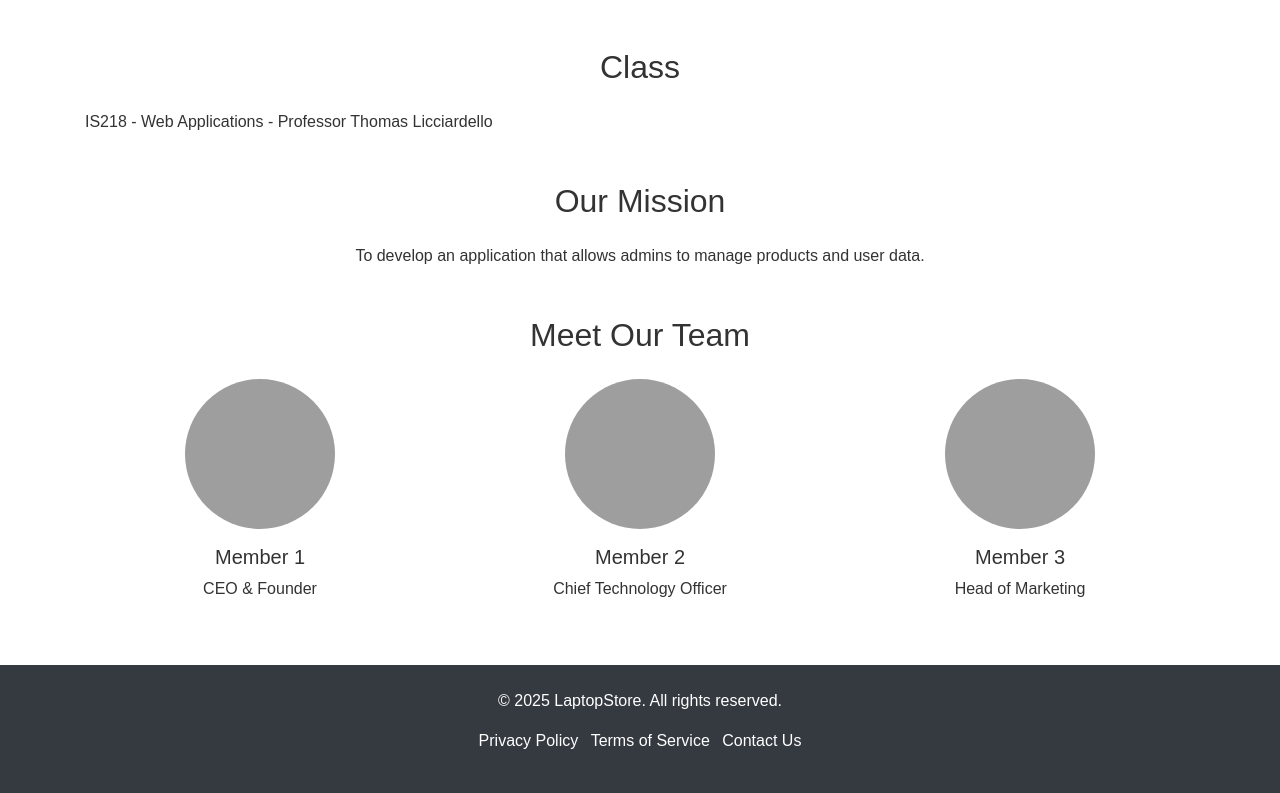
Repository: karim0829/IS218-Django-Laptop-Display
Page: http://localhost/about/
The author's editor kept a copy of each file at every save. The page is drawn from the files as they stood at one save, then again after the next save.
The browser window is 1280 px wide. The pictures show the part of the page from y = 433 to 1226 px (the page is 1226 px tall).
Pictures or frames that could not be fetched are drawn as grey boxes. Some web libraries are served in a nearby version. The page is served by the project's application, run on Django 5.2 (manage.py). Other server files are loaded and not shown.

Above is the page before, as saved 2025-05-11 17:23:56.

### homepage/templates/homepage/about.html
<!DOCTYPE html>
<html lang="en">
  <head>
    <meta charset="UTF-8" />
    <meta name="viewport" content="width=device-width, initial-scale=1" />
    <title>About Us - LaptopStore</title>
    <!-- Bootstrap CSS for layout and components -->
    <link
      rel="stylesheet"
      href="https://maxcdn.bootstrapcdn.com/bootstrap/4.0.0/css/bootstrap.min.css"
    />
    <!-- External CSS -->
    <link rel="stylesheet" href="style/style.css" />
  </head>
  <body>
    <!-- Navigation -->
    <nav class="navbar navbar-expand-lg navbar-light bg-light">
      <a class="navbar-brand" href="index.html">LaptopStore</a>
      <button
        class="navbar-toggler"
        type="button"
        data-toggle="collapse"
        data-target="#navbarNav"
        aria-controls="navbarNav"
        aria-expanded="false"
        aria-label="Toggle navigation"
      >
        <span class="navbar-toggler-icon"></span>
      </button>
      <div class="collapse navbar-collapse" id="navbarNav">
        <ul class="navbar-nav mr-auto">
          <li class="nav-item">
            <a class="nav-link" href="HighEndLaptop.html">High End Laptop</a>
          </li>
          <li class="nav-item">
            <a class="nav-link" href="StudioLaptops.html">Studio Laptop</a>
          </li>
          <li class="nav-item">
            <a class="nav-link" href="BudgetLaptops.html">Budget Laptop</a>
          </li>
        </ul>
        <form class="form-inline my-2 my-lg-0">
          <input
            class="form-control mr-sm-2"
            type="search"
            placeholder="Search laptops"
            aria-label="Search"
          />
          <button class="btn btn-outline-success my-2 my-sm-0" type="submit">
            Search
          </button>
        </form>
        <ul class="navbar-nav ml-3">
          <li class="nav-item"><a class="nav-link" href="#">Account</a></li>
          <li class="nav-item">
            <a class="nav-link" href="support.html">Support</a>
          </li>
        </ul>
      </div>
    </nav>

    <!-- About Us Hero Section -->
    <section class="about-hero text-center">
      <div class="about-hero-overlay">
        <div class="container">
          <h1 class="display-4 text-white">About Us</h1>
          <p class="lead text-white">Your Trusted Laptop Solutions Provider</p>
        </div>
      </div>
    </section>

    <!-- Our Story Section -->
    <section class="container my-5">
      <h2 class="text-center mb-4">Class</h2>
      <p>
       IS218 - Web Applications - Professor Thomas Licciardello
      </p>
    </section>

    <!-- Our Mission Section -->
    <section class="container my-5">
      <h2 class="text-center mb-4">Our Mission</h2>
      <p style="text-align: center">
        To develop an application that allows admins to manage products and user data.
      </p>
    </section>

    <!-- Meet the Team Section -->
    <section class="team container my-5">
      <h2 class="text-center mb-4">Meet Our Team</h2>
      <div class="row">
        <!-- Team Member 1 -->
        <div class="col-md-4 text-center">
          <img
            src="team1.jpg"
            alt="Team Member 1"
            class="rounded-circle mb-3 team-photo"
          />
          <h5>Member 1</h5>
          <p>CEO & Founder</p>
        </div>
        <!-- Team Member 2 -->
        <div class="col-md-4 text-center">
          <img
            src="team2.jpg"
            alt="Team Member 2"
            class="rounded-circle mb-3 team-photo"
          />
          <h5>Member 2</h5>
          <p>Chief Technology Officer</p>
        </div>
        <!-- Team Member 3 -->
        <div class="col-md-4 text-center">
          <img
            src="team3.jpg"
            alt="Team Member 3"
            class="rounded-circle mb-3 team-photo"
          />
          <h5>Member 3</h5>
          <p>Head of Marketing</p>
        </div>
      </div>
    </section>

    <!-- Footer -->
    <footer class="bg-dark text-white py-4">
      <div class="container text-center">
        <p>&copy; 2025 LaptopStore. All rights reserved.</p>
        <ul class="list-inline">
          <li class="list-inline-item">
            <a href="#" class="text-white">Privacy Policy</a>
          </li>
          <li class="list-inline-item">
            <a href="#" class="text-white">Terms of Service</a>
          </li>
          <li class="list-inline-item">
            <a href="#" class="text-white">Contact Us</a>
          </li>
        </ul>
      </div>
    </footer>

    <!-- Bootstrap JS, Popper.js, and jQuery -->
    <script src="https://code.jquery.com/jquery-3.2.1.slim.min.js"></script>
    <script src="https://cdnjs.cloudflare.com/ajax/libs/popper.js/1.12.9/umd/popper.min.js"></script>
    <script src="https://maxcdn.bootstrapcdn.com/bootstrap/4.0.0/js/bootstrap.min.js"></script>
  </body>
</html>

### homepage/views.py
from datetime import datetime
from django.shortcuts import redirect, render
from django.http import HttpResponse
from django.template import loader
from .models import Product
from .models import Feedback

from django.contrib.auth.decorators import user_passes_test

from homepage.forms import FeedbackForm

from django.shortcuts import render


# Create your views here.

def index(request):
    return render(request, "homepage/index.html")

def about(request):
    return render(request, "homepage/about.html")

def contact(request):
    return render(request, "homepage/contact.html")

def highend(request):
    products = Product.objects.filter(model='highend')
    return render(request, "homepage/highend.html", {'products': products})

def studio(request):
    products = Product.objects.filter(model='studio')
    return render(request, "homepage/studio.html", {'products': products})

def budget(request):
    products = Product.objects.filter(model='budget')
    return render(request, "homepage/budget.html", {'products': products})


def support(request):
    form = FeedbackForm()
    return render(request, "homepage/support.html", {"form": form})

#admin page views

def admin(user):
    return user.is_authenticated and user.is_superuser

@user_passes_test(lambda u: u.is_superuser, login_url='forbidden')
def feedbackview(request):
    feedbacks = Feedback.objects.all().order_by('-timestamp')
    return render(request, 'homepage/restricted.html', {'feedbacks': feedbacks})

def forbidden(request):
    return render(request, 'homepage/forbidden.html')
#contact
def review_form(request):
    form = FeedbackForm(request.POST or request.FILES or None)

    if request.method == "POST":
        if form.is_valid():
            message = form.save(commit=False)
            message.log_date = datetime.now()
            message.save()
            return redirect("support")

        else:
            return render(request, "homepage/support.html", {"form":form})

    return render(request, "homepage/support.html", {"form":form})

def feedback_view(request):
    if request.method == 'POST':
        form = FeedbackForm(request.POST)
        if form.is_valid():
            form.save()
            return redirect('thank_you')  # after submitting feedback
    else:
        form = FeedbackForm()
    return render(request, 'homepage/feedback.html', {'form': form})




def product_list(request):
    products = Product.objects.all()
    return render(request, 'homepage/index.html', {'products': products})

### laptops/urls.py
"""
URL configuration for laptops project.

The `urlpatterns` list routes URLs to views. For more information please see:
    https://docs.djangoproject.com/en/5.2/topics/http/urls/
Examples:
Function views
    1. Add an import:  from my_app import views
    2. Add a URL to urlpatterns:  path('', views.home, name='home')
Class-based views
    1. Add an import:  from other_app.views import Home
    2. Add a URL to urlpatterns:  path('', Home.as_view(), name='home')
Including another URLconf
    1. Import the include() function: from django.urls import include, path
    2. Add a URL to urlpatterns:  path('blog/', include('blog.urls'))
"""
from django.contrib import admin
from django.urls import path
from django.urls import include



urlpatterns = [
    path('admin/', admin.site.urls),
    path('', include('homepage.urls'))
]

### homepage/urls.py
from django.urls import path
from . import views
from django.conf import settings
from django.conf.urls.static import static
from .views import feedbackview


urlpatterns = [
    path("index/", views.index, name="index"),
    path("about/", views.about, name="about"),
    path("contact/", views.contact, name="contact"),
    path("support/", views.review_form, name="support"),
    path("feedback/", views.review_form, name="feedback"),
    path("products/", views.product_list, name="product_list"),
    path("highend/", views.highend, name="highend"),
    path("studio/", views.studio, name="studio"),
    path("budget/", views.budget, name="budget"),
    path("restricted/", feedbackview, name="restricted"),
     path("forbidden/", views.forbidden, name="forbidden"),








]

urlpatterns += static(settings.MEDIA_URL, document_root=settings.MEDIA_ROOT)

### homepage/static/homepage/style.css
/* General Styles */
.navbar-nav .nav-item {
float:right;
}

.carousel-item img {
  height: 100%;
  object-fit: cover;
  width: 100%;
  object-position: center top;
}

.carousel-inner img {
  width: 100%;
  height: 450px;
  object-fit: cover;
}

.carousel-item {
  height: 400px;
  background-size: cover;
  background-position: center;
}

.product-card img {
  height: 200px;
  object-fit: cover;
}

/* Footer Styles */
footer a {
  text-decoration: none;
}
/* General Styles */
body {
  font-family: Arial, sans-serif;
  margin: 0;
  background-color: #fff;
  color: #333;
}

/* Navigation Styles */
.navbar {
  background-color: #fff;
  border-bottom: 1px solid #eee;
  padding: 0.8rem 1rem;
}

.navbar-brand {
  font-weight: bold;
  font-size: 1.5rem;
}

.navbar-nav .nav-link {
  margin: 0 10px;
  color: #333;
}

.navbar-nav .nav-link:hover {
  color: #007bff;
}

/* Support Hero Section */
.support-hero {
  background: url("support-hero.jpg") center center/cover no-repeat;
  height: 50vh;
  position: relative;
  display: flex;
  justify-content: center;
  align-items: center;
}

.support-hero-overlay {
  background-color: rgba(0, 0, 0, 0.5);
  width: 100%;
  height: 100%;
  display: flex;
  align-items: center;
}

.support-hero .container {
  position: relative;
  z-index: 2;
  text-align: center;
}

/* FAQ Section Styles */
.card-header button {
  width: 100%;
  text-align: left;
  color: #333;
  font-size: 1.1rem;
}

/* Contact Form */
form .form-group label {
  font-weight: bold;
}

/* Footer Styles */
footer {
  background-color: #343a40;
  color: #fff;
}

footer a {
  text-decoration: none;
}
/* General Styles */
body {
  font-family: Arial, sans-serif;
  margin: 0;
  background-color: #fff;
  color: #333;
}

/* Navigation Styles */
.navbar {
  background-color: #fff;
  border-bottom: 1px solid #eee;
  padding: 0.8rem 1rem;
}

.navbar-brand {
  font-weight: bold;
  font-size: 1.5rem;
}

.navbar-nav .nav-link {
  margin: 0 10px;
  color: #333;
}

.navbar-nav .nav-link:hover {
  color: #007bff;
}

/* About Us Hero Section */
.about-hero {
  background: url("about-hero.jpg") center center/cover no-repeat;
  height: 50vh;
  position: relative;
  display: flex;
  justify-content: center;
  align-items: center;
}

.about-hero-overlay {
  background-color: rgba(0, 0, 0, 0.5);
  width: 100%;
  height: 100%;
  display: flex;
  justify-content: center;
  align-items: center;
}

/* Team Section Styles */
.team-photo {
  width: 150px;
  height: 150px;
  object-fit: cover;
}

/* Footer Styles */
footer {
  background-color: #343a40;
  color: #fff;
  padding: 20px 0;
}

footer a {
  text-decoration: none;
}
/* General Styles */
body {
  font-family: Arial, sans-serif;
  margin: 0;
  background-color: #fff;
  color: #333;
}

/* Navigation Styles */
.navbar {
  background-color: #fff;
  border-bottom: 1px solid #eee;
  padding: 0.8rem 1rem;
}

.navbar-brand {
  font-weight: bold;
  font-size: 1.5rem;
}

.navbar-nav .nav-link {
  margin: 0 10px;
  color: #333;
}

.navbar-nav .nav-link.active,
.navbar-nav .nav-link:hover {
  color: #007bff;
}

/* Product Cards */
.product-card img {
  width: 100%;
  height: 180px;
  object-fit: contain;
  padding: 10%;
  background-color: #fff;
}

/* Footer Styles */
footer {
  background-color: #343a40;
  color: #fff;
}

footer a {
  text-decoration: none;
}

/* Utility Classes */
.text-white {
  color: #fff !important;
}

After the next save:
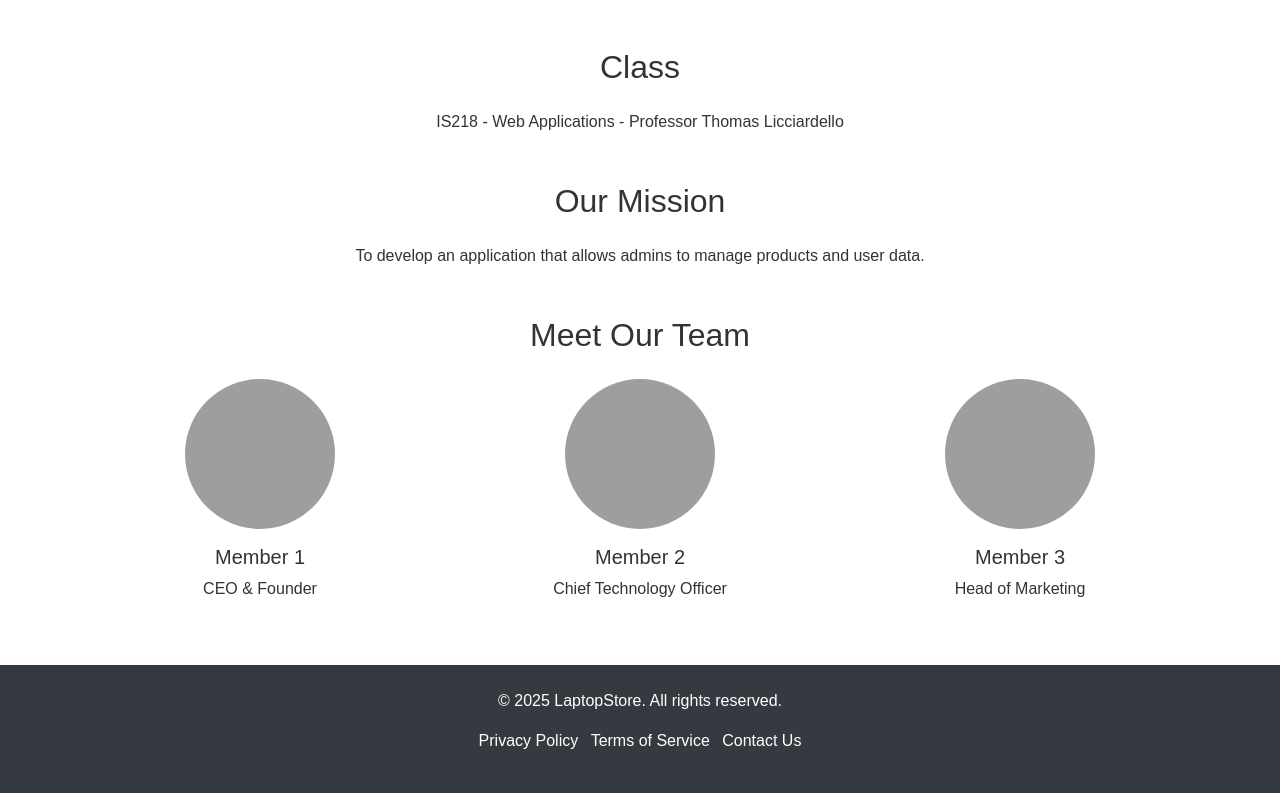
Saved 5 s later.
--- a/homepage/templates/homepage/about.html
+++ b/homepage/templates/homepage/about.html
@@ -72,7 +72,7 @@
     <!-- Our Story Section -->
     <section class="container my-5">
       <h2 class="text-center mb-4">Class</h2>
-      <p>
+      <p style="text-align: center;">
        IS218 - Web Applications - Professor Thomas Licciardello
       </p>
     </section>
